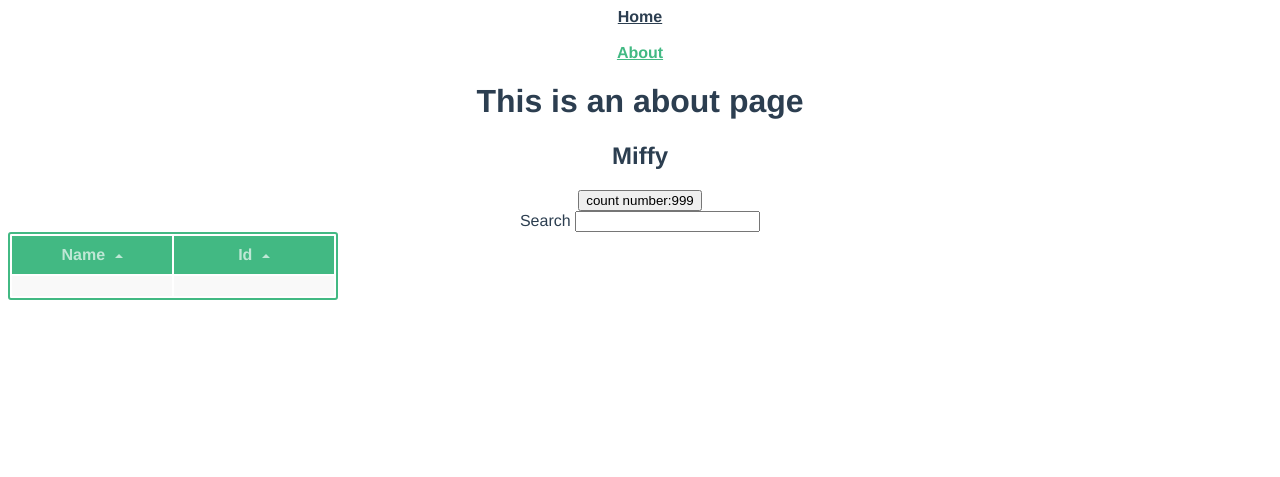
Repository: HaoMiffy/vue3-compisition-Typescript-pinia
Page: /about
These files come from the project's save history. The page is drawn as it stood at one moment and after the next save; the edit follows.
The browser window is 1280 px wide. The pictures show the whole page.
The project was rebuilt for these pictures with package versions that can differ from the ones it lists, and the page was loaded fresh each time. Also part of the build but not shown: vue.config.js, src/components/HelloWorld.vue, src/views/HomeView.vue.

Above is the page before, as saved 2022-12-12 17:34:57.

After the next save:
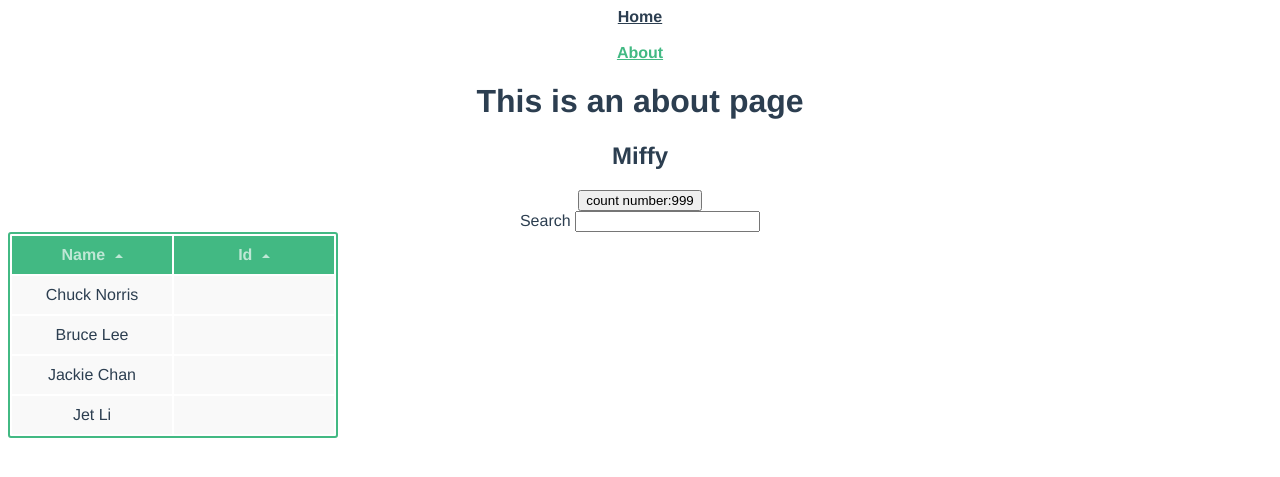
Saved 114 s later.
--- a/src/views/AboutView.vue
+++ b/src/views/AboutView.vue
@@ -28,8 +28,10 @@ const counter = reactive({ count: 999 })
 const searchQuery = ref('')
 const Columns = ['name', 'id']
 const Data = ([
-  store.$state.data
-])
+  { name: 'Chuck Norris', power: Infinity },
+  { name: 'Bruce Lee', power: 9000 },
+  { name: 'Jackie Chan', power: 7000 },
+  { name: 'Jet Li', power: 8000 }])
 
 function click() {
   counter.count++
